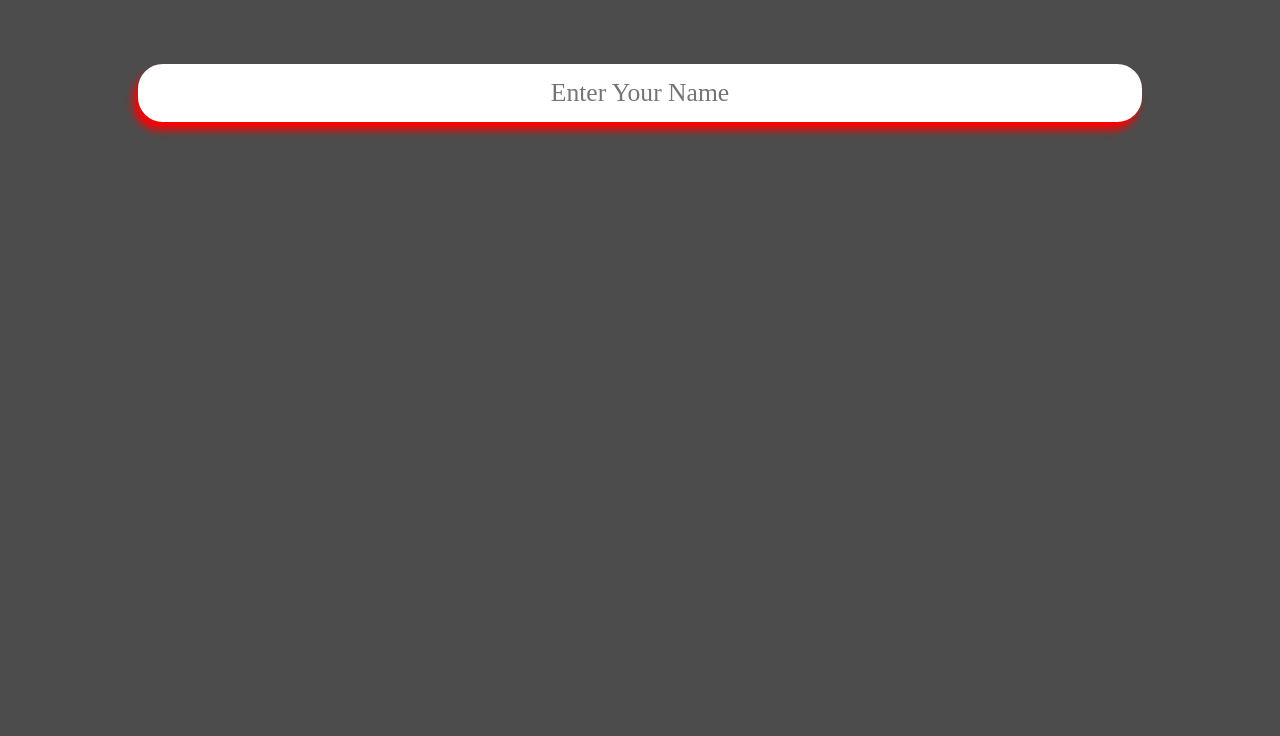
Repository: Haneef-Shaik/Greetings
Page: /
These files come from the project's save history. The page is drawn as it stood at one moment and after the next save; the edit follows.
The browser window is 1280 px wide. The pictures show the whole page.
The project was rebuilt for these pictures with package versions that can differ from the ones it lists, and the page was loaded fresh each time. The framework's server and built-in components were replaced by stand-ins that run in the browser. Also part of the build but not shown: next.config.js, styles/card.module.scss, components/card.js, styles/socialShare.module.scss, components/socialShare.js.

Above is the page before, as saved 2021-12-01 20:15:44.

After the next save:
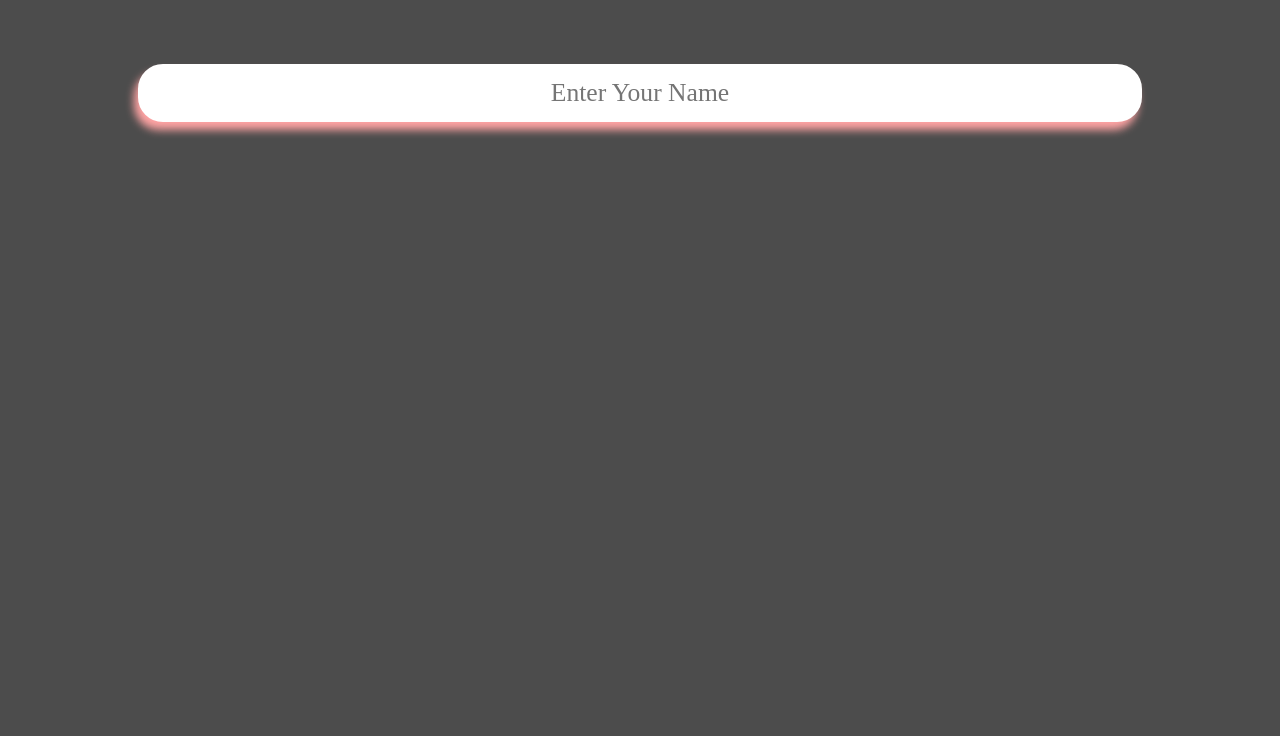
Saved 9 s later.
--- a/styles/form.module.scss
+++ b/styles/form.module.scss
@@ -11,7 +11,7 @@
         border:5px solid #FFFFFF;
         border-radius:25px;
         background-color:#fff;
-        box-shadow: -4px 8px 8px red;
+        box-shadow: -4px 8px 8px #FFA4A4;
         line-height:3rem;
 
     }
